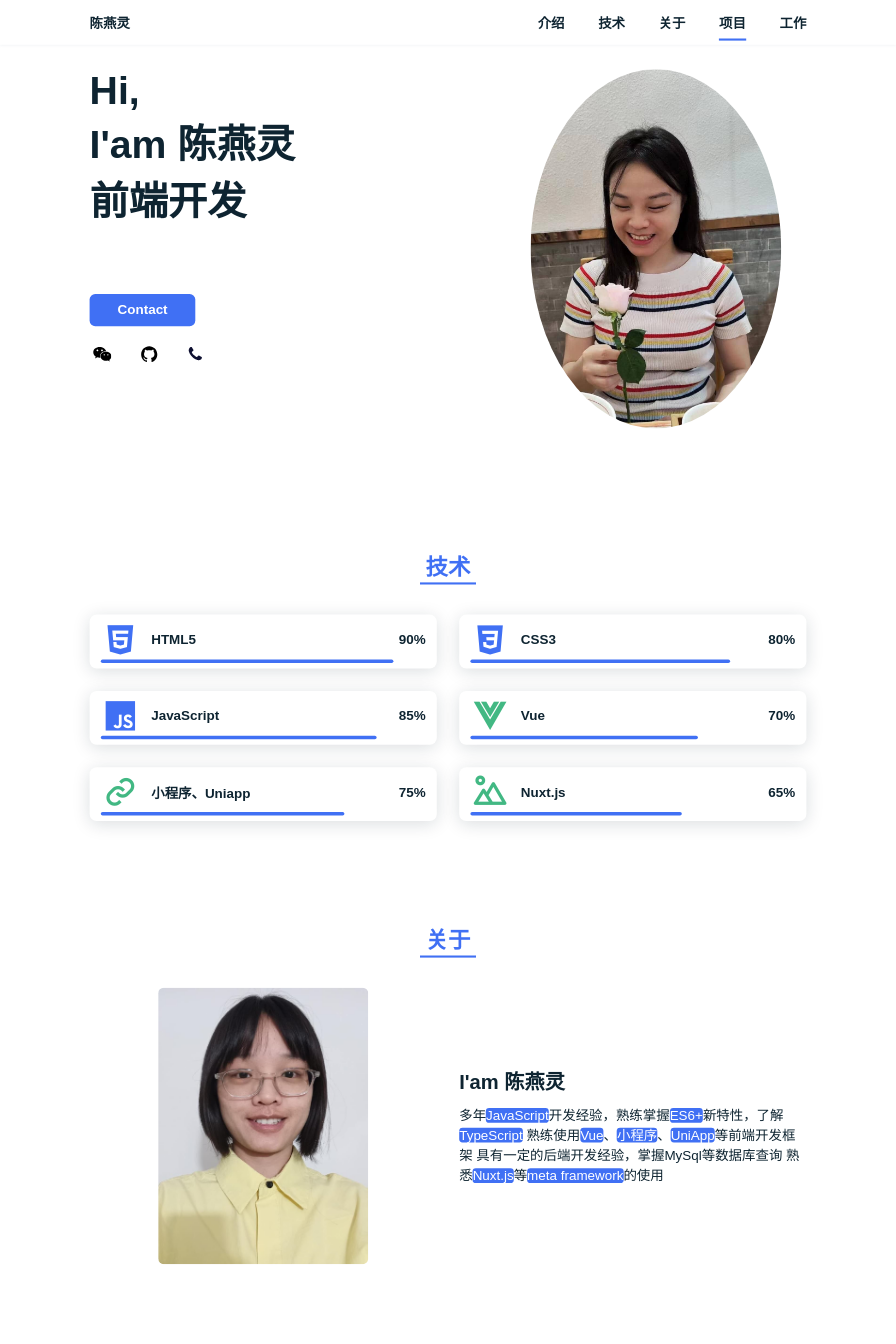
Repository: alinlinbo/yanling-resume-site
Page: index.html
The author's editor kept a copy of each file at every save. The page is drawn from the files as they stood at one save, then again after the next save.
The browser window is 1280 px wide. The pictures show the part of the page from y = 0 to 1920 px (the page is 3770 px tall), at 70% of full size.

Above is the page before, as saved 2023-09-18 15:33:43.

After the next save:
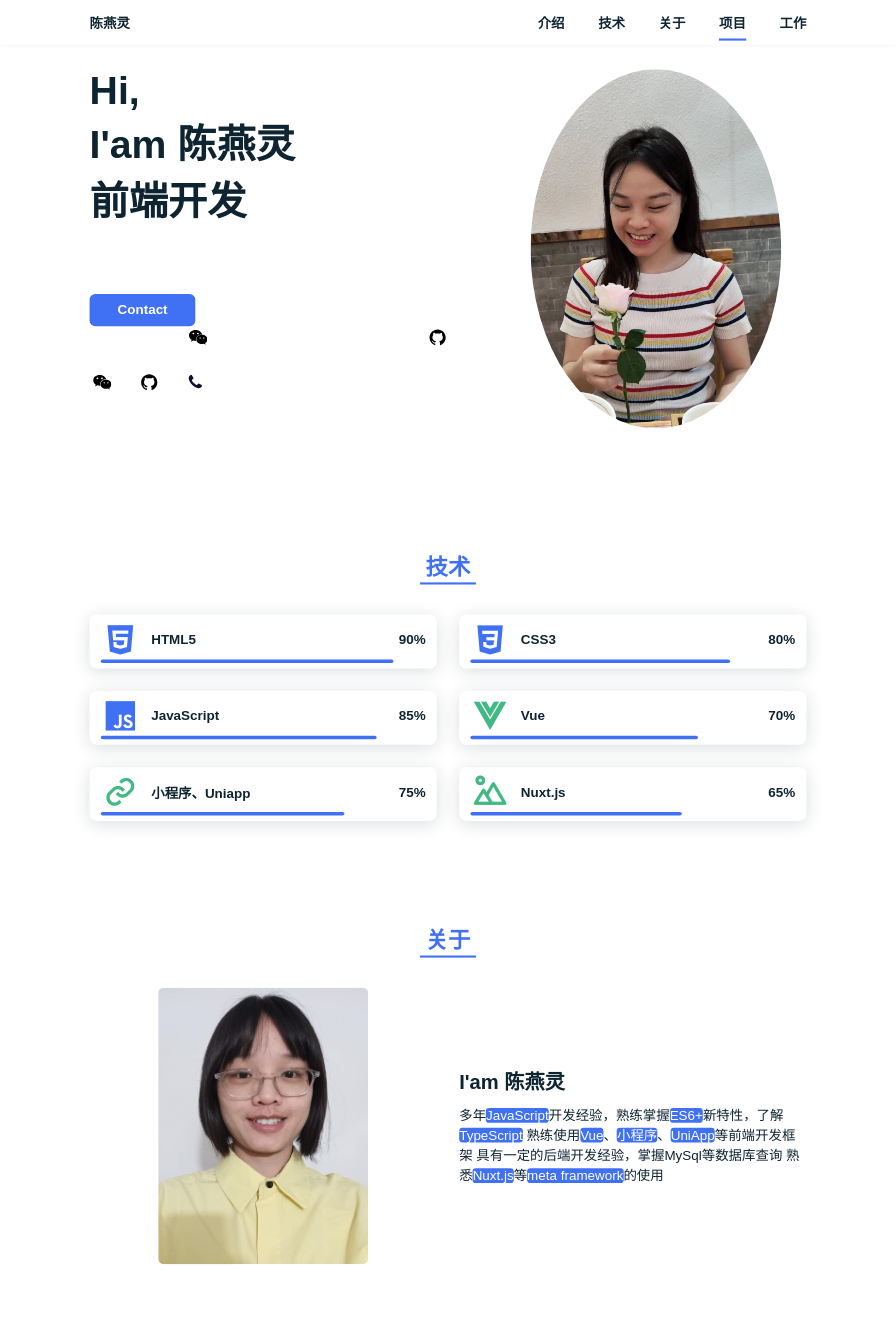
Saved 2 h 10 min later.
--- a/index.html
+++ b/index.html
@@ -61,6 +61,24 @@
                 </h1>
                 <h1 class="phone">电话：15919213326</h1>
                 <a href="#" style="position: relative; z-index: 10;" class="button" id="contact">Contact</a>
+                <div class="home__social-iconlist">
+                    <a href="#" class="home__social-icon" id="wechat">
+                        <svg class="svg-icon-home icon" aria-hidden="true">
+                            <use xlink:href="#icon-weixin"></use>
+                        </svg>
+                    </a>
+
+                    <a href="#" class="home__social-icon">
+                        <svg class="svg-icon-home icon" aria-hidden="true">
+                            <use xlink:href="#icon-github-fill"></use>
+                        </svg>
+                    </a>
+                    <a href="#" class="home__social-icon">
+                        <svg class="svg-icon-home svg-icon icon" aria-hidden="true">
+                            <use xlink:href="#icon-phone"></use>
+                        </svg>
+                    </a>
+                </div>
             </div>
             <div class="home__social">
                 <div class="home__social-iconlist">
